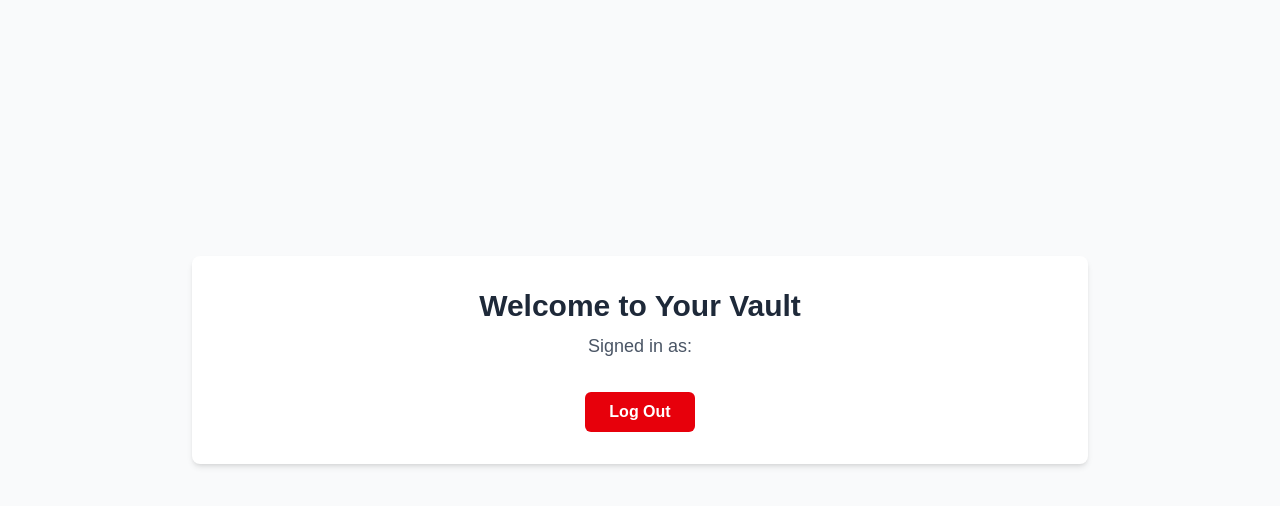
Repository: Syed1818/secure-vault
Page: /dashboard
The author's editor kept a copy of each file at every save. The page is drawn from the files as they stood at one save, then again after the next save.
The browser window is 1280 px wide. The pictures show the whole page.
The page's requests for data from a server got no answer. The project was rebuilt for these pictures with package versions that can differ from the ones it lists, and the page was loaded fresh each time. The framework's server and built-in components were replaced by stand-ins that run in the browser. No one was signed in, and anything a server would have sent is missing. Also part of the build but not shown: next.config.ts.

Above is the page before, as saved 2025-10-04 18:58:33.

### src/app/layout.tsx
// src/app/layout.tsx

import type { Metadata } from 'next';
import { Geist, Geist_Mono } from 'next/font/google';
import './globals.css';
import AuthProvider from '@/components/AuthProvider'; // <-- 1. IMPORT THIS

const geistSans = Geist({
  variable: '--font-geist-sans',
  subsets: ['latin'],
});

const geistMono = Geist_Mono({
  variable: '--font-geist-mono',
  subsets: ['latin'],
});

export const metadata: Metadata = {
  title: 'Secure Vault', // You can update the title here
  description: 'Your personal password manager', // And the description
};

export default function RootLayout({
  children,
}: Readonly<{
  children: React.ReactNode;
}>) {
  return (
    <html lang="en">
      <body
        className={`${geistSans.variable} ${geistMono.variable} antialiased`}
      >
        {/* 2. WRAP {children} WITH THE PROVIDER */}
        <AuthProvider>{children}</AuthProvider>
      </body>
    </html>
  );
}

### src/app/dashboard/page.tsx
// src/app/dashboard/page.tsx

'use client';

import { useSession, signOut } from 'next-auth/react';
import { useRouter } from 'next/navigation';

export default function Dashboard() {
  const { data: session, status } = useSession({
    required: true, // This enforces authentication, redirecting if not logged in
    onUnauthenticated() {
      // The user is not authenticated, handle it here.
      router.push('/login');
    },
  });
  const router = useRouter();

  // The loading state is handled by the `status` property
  if (status === 'loading') {
    return (
      <div className="flex items-center justify-center min-h-screen">
        <p>Loading...</p>
      </div>
    );
  }

  // If session is authenticated, render the dashboard
  return (
    <div className="flex flex-col items-center justify-center min-h-screen bg-gray-50">
      <div className="w-full max-w-4xl p-8 text-center bg-white rounded-lg shadow-md">
        <h1 className="text-3xl font-bold text-gray-800">
          Welcome to Your Vault
        </h1>
        <p className="mt-2 text-lg text-gray-600">
          Signed in as: <span className="font-semibold">{session?.user?.email}</span>
        </p>
        <button
          onClick={() => signOut({ callbackUrl: '/' })} // Sign out and redirect to home
          className="px-6 py-2 mt-8 font-semibold text-white bg-red-600 rounded-md hover:bg-red-700 focus:outline-none focus:ring-2 focus:ring-offset-2 focus:ring-red-500"
        >
          Log Out
        </button>
      </div>
    </div>
  );
}

### src/components/AuthProvider.tsx
// src/components/AuthProvider.tsx

'use client';

import { SessionProvider } from 'next-auth/react';
import React from 'react';

type Props = {
  children?: React.ReactNode;
};

export default function AuthProvider({ children }: Props) {
  return <SessionProvider>{children}</SessionProvider>;
}

### src/components/PasswordGenerator.tsx
// src/components/PasswordGenerator.tsx

'use client';

import { useState } from 'react';
import { generatePassword } from '@/lib/generatePassword';

export default function PasswordGenerator() {
  const [length, setLength] = useState(16);
  const [includeNumbers, setIncludeNumbers] = useState(true);
  const [includeSymbols, setIncludeSymbols] = useState(true);
  const [excludeLookalikes, setExcludeLookalikes] = useState(true);
  const [generatedPassword, setGeneratedPassword] = useState('');
  const [copyButtonText, setCopyButtonText] = useState('Copy');

  const handleGenerate = () => {
    const newPassword = generatePassword({
      length,
      includeNumbers,
      includeSymbols,
      excludeLookalikes,
    });
    setGeneratedPassword(newPassword);
    setCopyButtonText('Copy'); // Reset copy button text
  };

  const handleCopy = () => {
    if (generatedPassword) {
      navigator.clipboard.writeText(generatedPassword);
      setCopyButtonText('Copied!');
      setTimeout(() => {
        setCopyButtonText('Copy');
      }, 2000); // Reset after 2 seconds
    }
  };

  return (
    <div className="w-full p-6 mt-8 bg-white border border-gray-200 rounded-lg shadow">
      <h2 className="text-xl font-semibold text-gray-700">Password Generator</h2>

      <div className="relative mt-4">
        <input
          type="text"
          value={generatedPassword}
          readOnly
          placeholder="Click 'Generate' to create a password"
          className="w-full p-3 pr-20 text-lg font-mono text-gray-800 bg-gray-100 border rounded-md"
        />
        <button
            onClick={handleCopy}
            className="absolute inset-y-0 right-0 px-4 font-semibold text-white bg-indigo-600 rounded-r-md hover:bg-indigo-700"
        >
          {copyButtonText}
        </button>
      </div>

      <div className="grid grid-cols-1 gap-6 mt-6 md:grid-cols-2">
        {/* Length Slider */}
        <div className="flex flex-col">
          <label htmlFor="length" className="text-sm font-medium">Password Length: {length}</label>
          <input
            id="length"
            type="range"
            min="8"
            max="64"
            value={length}
            onChange={(e) => setLength(Number(e.target.value))}
            className="w-full h-2 bg-gray-200 rounded-lg appearance-none cursor-pointer"
          />
        </div>

        {/* Options */}
        <div className="flex items-center space-x-6">
            <div className="flex items-center">
                <input id="numbers" type="checkbox" checked={includeNumbers} onChange={(e) => setIncludeNumbers(e.target.checked)} className="w-4 h-4 text-indigo-600 border-gray-300 rounded"/>
                <label htmlFor="numbers" className="ml-2 text-sm">Numbers (123)</label>
            </div>
            <div className="flex items-center">
                <input id="symbols" type="checkbox" checked={includeSymbols} onChange={(e) => setIncludeSymbols(e.target.checked)} className="w-4 h-4 text-indigo-600 border-gray-300 rounded"/>
                <label htmlFor="symbols" className="ml-2 text-sm">Symbols (!@#)</label>
            </div>
             <div className="flex items-center">
                <input id="lookalikes" type="checkbox" checked={excludeLookalikes} onChange={(e) => setExcludeLookalikes(e.target.checked)} className="w-4 h-4 text-indigo-600 border-gray-300 rounded"/>
                <label htmlFor="lookalikes" className="ml-2 text-sm">No Look-alikes (I,l,1,O,0)</label>
            </div>
        </div>
      </div>

      <button
        onClick={handleGenerate}
        className="w-full px-6 py-3 mt-8 font-semibold text-white bg-indigo-600 rounded-md hover:bg-indigo-700"
      >
        Generate Password
      </button>
    </div>
  );
}

### src/lib/generatePassword.ts
// src/lib/generatePassword.ts

interface PasswordOptions {
  length: number;
  includeNumbers: boolean;
  includeSymbols: boolean;
  excludeLookalikes: boolean;
}

export function generatePassword(options: PasswordOptions): string {
  let charset = 'abcdefghijklmnopqrstuvwxyzABCDEFGHIJKLMNOPQRSTUVWXYZ';
  const numbers = '0123456789';
  const symbols = '!@#$%^&*()_+~`|}{[]:;?><,./-=';
  const lookalikes = /[l1IO0o]/g; // Characters to be excluded

  if (options.includeNumbers) {
    charset += numbers;
  }
  if (options.includeSymbols) {
    charset += symbols;
  }
  if (options.excludeLookalikes) {
    charset = charset.replace(lookalikes, '');
  }

  let password = '';
  for (let i = 0; i < options.length; i++) {
    const randomIndex = Math.floor(Math.random() * charset.length);
    password += charset[randomIndex];
  }

  return password;
}

Loaded but not shown: src/app/globals.css (common file)

After the next save:
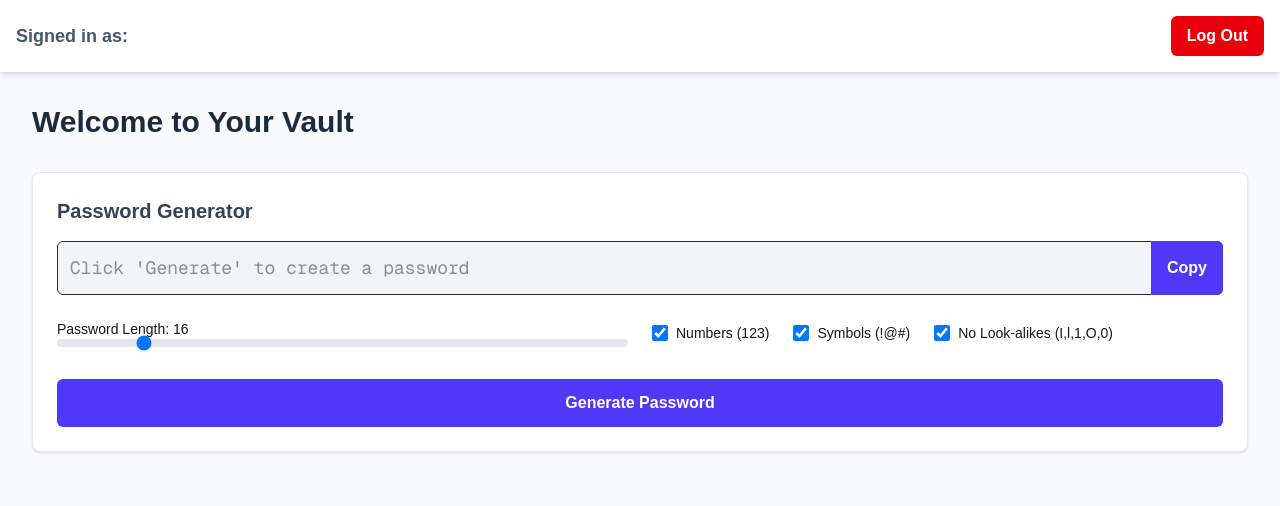
Saved 44 s later.
--- a/src/app/dashboard/page.tsx
+++ b/src/app/dashboard/page.tsx
@@ -4,18 +4,17 @@
 
 import { useSession, signOut } from 'next-auth/react';
 import { useRouter } from 'next/navigation';
+import PasswordGenerator from '@/components/PasswordGenerator'; // <-- 1. IMPORT
 
 export default function Dashboard() {
   const { data: session, status } = useSession({
-    required: true, // This enforces authentication, redirecting if not logged in
+    required: true,
     onUnauthenticated() {
-      // The user is not authenticated, handle it here.
       router.push('/login');
     },
   });
   const router = useRouter();
 
-  // The loading state is handled by the `status` property
   if (status === 'loading') {
     return (
       <div className="flex items-center justify-center min-h-screen">
@@ -24,23 +23,29 @@ export default function Dashboard() {
     );
   }
 
-  // If session is authenticated, render the dashboard
   return (
-    <div className="flex flex-col items-center justify-center min-h-screen bg-gray-50">
-      <div className="w-full max-w-4xl p-8 text-center bg-white rounded-lg shadow-md">
+    <div className="min-h-screen bg-gray-50">
+      <header className="flex items-center justify-between p-4 bg-white shadow-md">
+        <div className="text-lg font-semibold text-gray-600">
+          Signed in as: {session?.user?.email}
+        </div>
+        <button
+          onClick={() => signOut({ callbackUrl: '/' })}
+          className="px-4 py-2 font-semibold text-white bg-red-600 rounded-md hover:bg-red-700"
+        >
+          Log Out
+        </button>
+      </header>
+
+      <main className="container p-4 mx-auto md:p-8">
         <h1 className="text-3xl font-bold text-gray-800">
           Welcome to Your Vault
         </h1>
-        <p className="mt-2 text-lg text-gray-600">
-          Signed in as: <span className="font-semibold">{session?.user?.email}</span>
-        </p>
-        <button
-          onClick={() => signOut({ callbackUrl: '/' })} // Sign out and redirect to home
-          className="px-6 py-2 mt-8 font-semibold text-white bg-red-600 rounded-md hover:bg-red-700 focus:outline-none focus:ring-2 focus:ring-offset-2 focus:ring-red-500"
-        >
-          Log Out
-        </button>
-      </div>
+
+        {/* 2. ADD THE COMPONENT HERE */}
+        <PasswordGenerator />
+
+      </main>
     </div>
   );
 }
